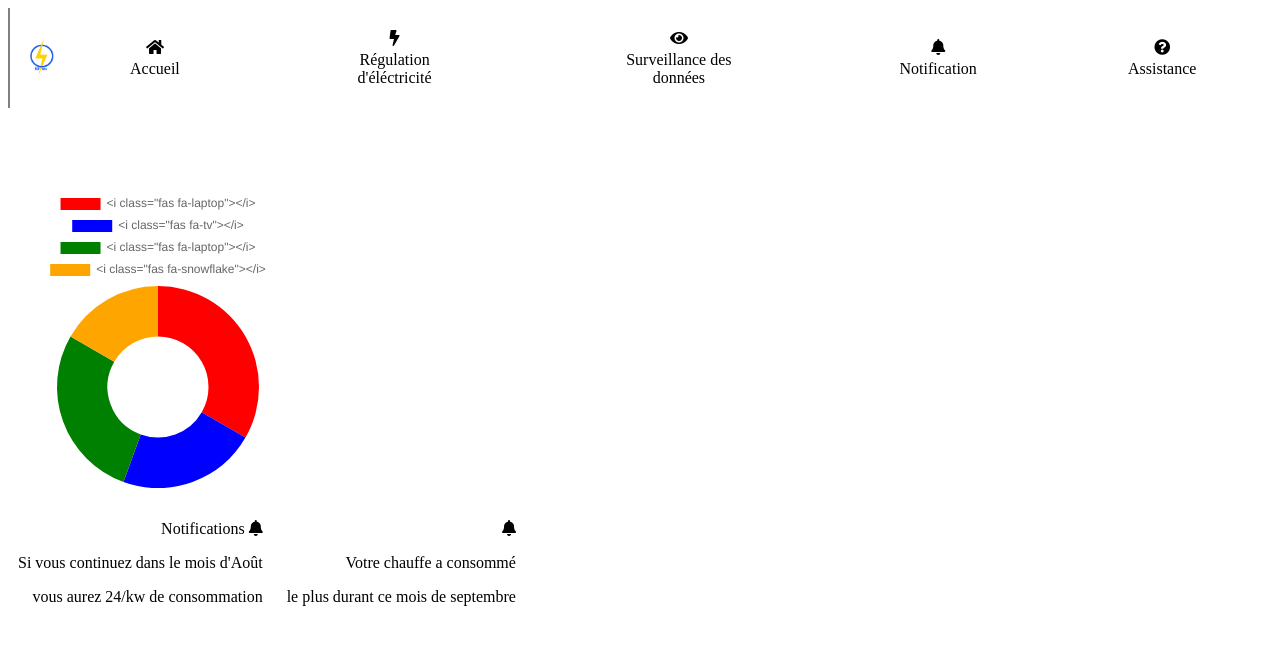
Repository: hamdia200/OSC-Ecowiz
Page: http://localhost/accueil
An editor plug-in stored every save of this project. The page is shown before and after a run of saves, followed by the edit.
The browser window is 1280 px wide. The pictures show the whole page.
The page is served by the project's Laravel application, run on PHP 8.4 with Laravel 10. Other server files are loaded and not shown.

Above is the page before, as saved 2023-08-18 13:54:34.

### routes/web.php
<?php

use Illuminate\Support\Facades\Route;

/*
|--------------------------------------------------------------------------
| Web Routes
|--------------------------------------------------------------------------
|
| Here is where you can register web routes for your application. These
| routes are loaded by the RouteServiceProvider and all of them will
| be assigned to the "web" middleware group. Make something great!
|
*/

Route::get('/', function () {
    return view('welcome');
});

Route::get('/centrale', function () {
    return view('centrale');
});
Route::get('/accueil', function () {
    return view('accueil');
});
Route::get('/inscription', function () {
    return view('inscription');
});
Route::get('/login', function () {
    return view('login');
});
Route::get('/regulation', function () {
    return view('regulation');
});

### resources/views/accueil.blade.php
@extends ("menu")
@section('content')
<div class="container">
<meta charset="UTF-8">
    <meta name="viewport" content="width=device-width, initial-scale=1.0">
    <link rel="stylesheet" href="https://cdnjs.cloudflare.com/ajax/libs/font-awesome/5.15.3/css/all.min.css">
    <script src="https://cdn.jsdelivr.net/npm/chart.js"></script>
    <title>Accueil</title>
    <style>


        .circle-container{
            position: relative;
            width: 300px;
            height: 300px;
            margin-top: 5rem;
        }
        .notification-container {
            width: 100%;
            margin-top: 20px;


        }
        .chart-container{
            position: absolute;
            width: 100%;
            height: 100%;
        }

        .alert{
            display: inline-block;
            margin: 0 10px;
            margin-top: 2rem;
            text-align: right;

        }

    </style>
    <body>
                <div class="row">
                    <div class="col-md-6">
                        <div class="row">
                            <div class="col-xl-3">
                                <div class="circle-container">
                                    <div class="chart-container">
                                        <canvas id="myCustomChart"></canvas>
                                    </div>

                                </div>

                            </div>

                        </div>

                    </div>

                    <div class="row">
                        <div class="col-xl-3">
                            <div class="notifications-container">
                                <div class="alert">Notifications
                                    <i class="fas fa-bell"></i>
                                    <p> Si vous continuez dans le mois d'Août </p> <p> vous aurez 24/kw de consommation </p>
                                </div>

                                <div class="alert">
                                    <i class="fas fa-bell"></i>
                                    <p> Votre chauffe a consommé </p> <p> le plus durant ce mois de septembre </p>
                                <div>

                            </div>
                        </div>
                    </div>
                </div>


                <script>
                    var ctx = document.getElementById('myCustomChart').getContext('2d');
                    var data = {
                        labels: ['<i class="fas fa-laptop"></i>', '<i class="fas fa-tv"></i>', '<i class="fas fa-laptop"></i>', '<i class="fas fa-snowflake"></i>'],
                        datasets: [{
                            data: [30, 20, 25, 15],
                            backgroundColor: [
                                'red',
                                'blue',
                                'green',
                                'orange'
                            ],
                                // hoverBackgroundColor: [
                                // 'url(chemin_vers_image_appareil_1)',
                                // 'url(chemin_vers_image_appareil_2)',
                                // 'url(chemin_vers_image_appareil_3)',
                                // 'url(chemin_vers_image_appareil_4)'
                                // ],
                                borderWidth: 0,
                                hoverBorderWidth: 0
                        }],
                    };

                    var options = {
                        responsive: true,
                        maintainAspectRatio: false,

                    };

                    var myChart = new Chart(ctx, {
                        type: 'doughnut',
                        data: data,
                        options: options,
                    });
                </script>
        </div>
    </body>

    </html>
</div>
@endsection

### resources/views/menu.blade.php
<!DOCTYPE html>
<html>
    <head>
        <meta charset="UTF-8">
        <meta name="viewport" content="width=device-width, initial-scale=1.0">
        <link rel="stylesheet" href="{{asset('bootstrap-5/css/bootstrap.min.css')}}">
        <link rel="stylesheet" href="{{asset('icofont/icofont.min.css')}}">
        <link rel="stylesheet" href="https://cdnjs.cloudflare.com/ajax/libs/font-awesome/5.15.3/css/all.min.css">

        <title>menu</title>
        <style>
        .menu-horizontal {
            list-style-type: none;
            display: flex;
            align-items: center; /* Aligne les éléments au centre horizontalement */
            padding: 0;
            margin: 0;
            border-left: 2px solid gray;
            border-top: none;
            background-color: white;
            height:100px;
        }

        .menu-horizontal li{
            margin: 0 2cm;
            padding: 0;
        }

        .menu-item {
            display: flex;
            flex-direction: column;
            align-items: center;
            justify-content: center;
            border-left: 2p;
        }

        .menu-icon {
            width: 50px;
            height: 50px;
        }

        .menu-text {
            font-size: 16px;
            margin-top: 5px;
            text-align: center;
        }
        .logo {
            padding-left: 20px;
            height: 35px;
        }
        </style>
    </head>

    <body>
        <header>
                <ul class="menu-horizontal fixed-top">
                    <div class="header">
                        <img src="{{asset('/image/ecow.png')}}" alt="" class="logo">
                    </div>
                    <li>
                        <span class="menu-item">
                            <!-- <img src="{{asset('image/elect.png') }}" alt="Icone 1" class="menu-icon"> -->
                            <i class="fas fa-home"></i><span class="menu-text">Accueil</span>
                        </span>
                    </li>
                    <li>
                        <span class="menu-item">
                            <!-- <img src="{{asset('image/donnee.png') }}" alt="Icone 1" class="menu-icon"> -->
                            <i class="fas fa-bolt"></i><span class="menu-text">Régulation d'éléctricité </span>
                        </span>
                    </li>

                    <li>
                        <span class="menu-item">
                            <!-- <img src="{{asset('image/donnee.png') }}" alt="Icone 1" class="menu-icon"> -->
                            <i class="fas fa-eye"></i><span class="menu-text">Surveillance des données </span>
                        </span>
                    </li>
                    <li>
                        <span class="menu-item">
                            <!-- <img src="{{asset('image/sup.png') }}" alt="Icone 1" class="menu-icon"> -->
                            <i class="fas fa-bell"></i><span class="menu-text">Notification</span>
                        </span>
                    </li>
                    <li>
                        <span class="menu-item">
                            <!-- <img src="{{asset('image/assist.png') }}" alt="Icone 1" class="menu-icon"> -->
                            <i class="fas fa-question-circle"></i><span class="menu-text">Assistance</span>
                        </span>
                    </li>
                </ul>

        </header>
        <div class="container">
                @yield('content')
        </div>

    </body>


</html>

After the next 2 saves:
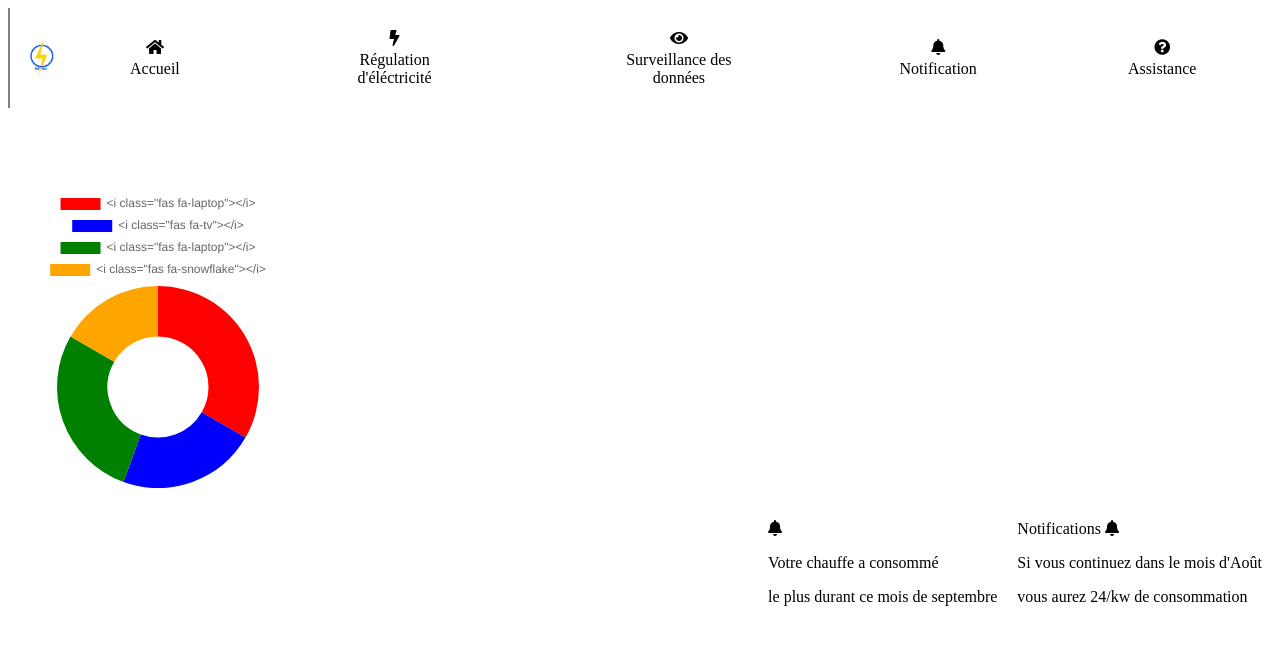
The 2 saves are shown as one change because they came seconds apart.
The last was saved 17 s later.
--- a/resources/views/accueil.blade.php
+++ b/resources/views/accueil.blade.php
@@ -31,7 +31,7 @@
             display: inline-block;
             margin: 0 10px;
             margin-top: 2rem;
-            text-align: right;
+            float: right;
 
         }
 
